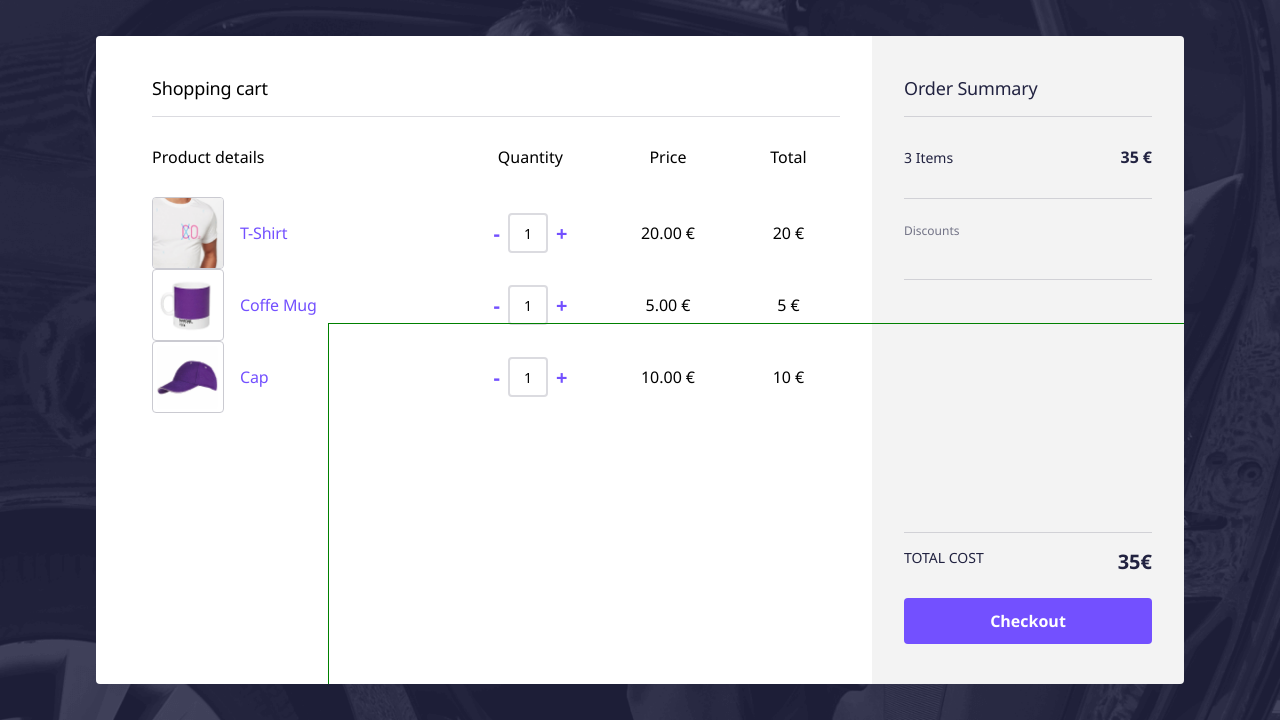
Repository: banchiec/challengecbfy
Page: /
The author's editor kept a copy of each file at every save. The page is drawn from the files as they stood at one save, then again after the next save.
The browser window is 1280 px wide. The pictures show the whole page.
An inner scrolling area shows only its first screen. Some web fonts or font styles are not loaded; a fallback is used. The project was rebuilt for these pictures with package versions that can differ from the ones it lists, and the page was loaded fresh each time. Also part of the build but not shown: craco.config.js.

Above is the page before, as saved 2021-12-10 12:26:30.

After the next save:
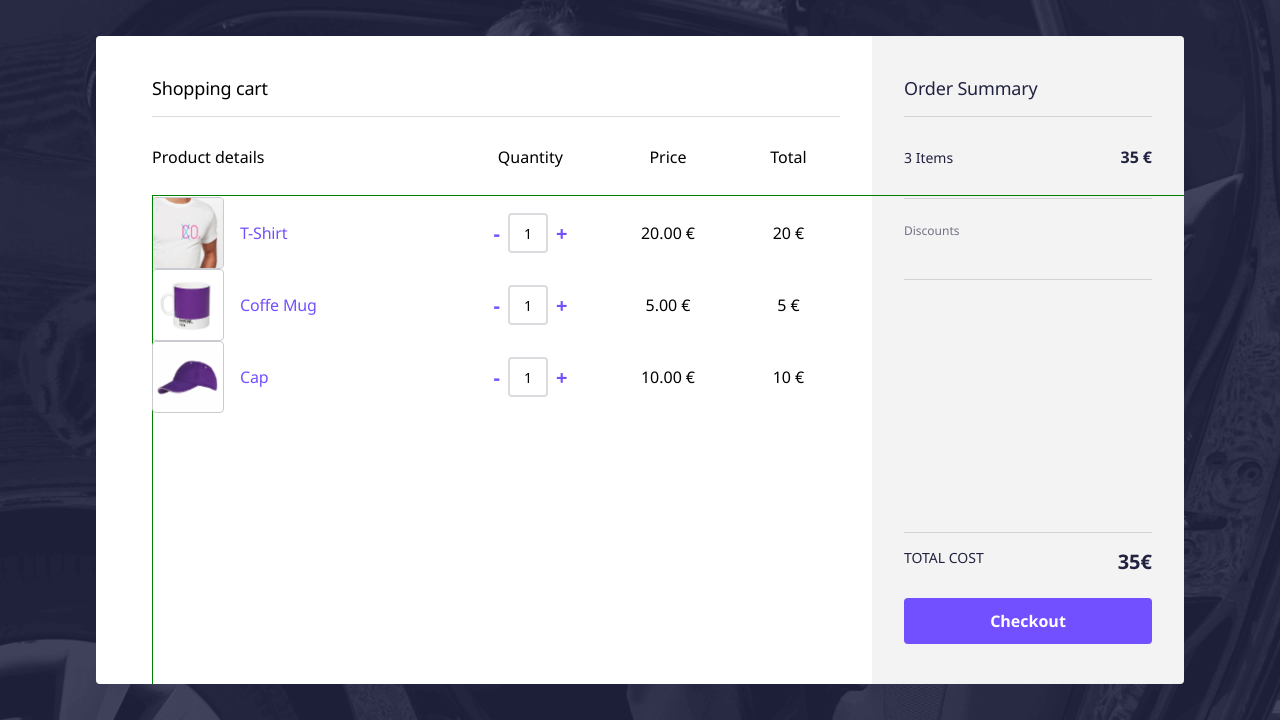
Saved 65 s later.
--- a/src/App.css
+++ b/src/App.css
@@ -497,3 +497,10 @@
   top: 126px;
   border: 1px solid green;
 }
+.background {
+  position: absolute;
+  width: 1440px;
+  height: 904px;
+  left: 0px;
+  top: -2px;
+}
